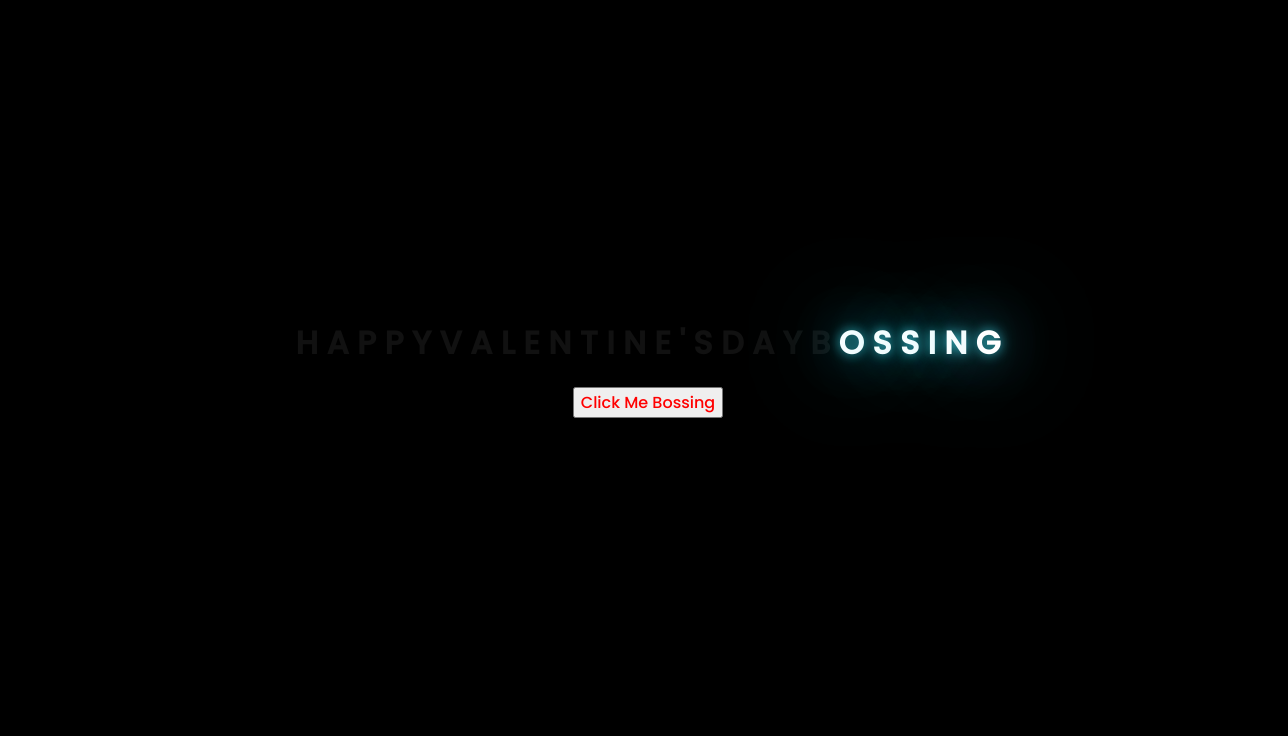
Repository: Iamfell/Valentines
Page: http://localhost/
The author's editor kept a copy of each file at every save. The page is drawn from the files as they stood at one save, then again after a run of saves.
The browser window is 1280 px wide. The page is 1288 px wide, so the pictures cover 1288 px, including what lies to the right of the window. The pictures show the whole page.
The page is run by PHP 8.4 with error messages shown; the project is at /var/www/html/.

Above is the page before, as saved 2026-02-12 18:11:40.

### index.php
<!DOCTYPE html>
<html lang="en">
<head>
    <meta charset="UTF-8">
    <meta http-equiv="X-UA-Compatible" content="IE=edge">
    <meta name="viewport" content="width=device-width, initial-scale=1.0">
    <link rel="stylesheet" href="css/style.css">
    <link rel="icon" href="img/flowers.png" type="image/x-icon">
    <title>Special Gift</title>
</head>
<body>
    <div class="greetings">
        <span>H</span>
        <span>A</span>
        <span>P</span>
        <span>P</span>
        <span>Y</span>
        <span> </span>
        <span> </span>
        <span> </span>
        <span>V</span>
        <span>A</span>
        <span>L</span>
        <span>E</span>
        <span>N</span>
        <span>T</span>
        <span>I</span>
        <span>N</span>
        <span>E</span>
        <span>'</span>
        <span>S</span>
        <span> </span>
        <span> </span>
        <span></span>
        <span>D</span>
        <span>A</span>
        <span>Y</span>
        <span> </span>
        <span> </span>
        <span> </span>
        <span>B</span>
        <span>O</span>
        <span>S</span>
        <span>S</span>
        <span>I</span>
        <span>N</span>
        <span>G</span>
    </div>
    <div class="description">
    </div>
    <div class="button">
        <button>
            <a href="flower.html">Click Me Bossing</a>
        </button>

    </div>
</body>
</html>

### css/style.css
@import url('https://fonts.googleapis.com/css2?family=Poppins:ital,wght@0,500;1,900&display=swap');
*{
    font-family: 'Poppins',cursive;
}
body{
    color: azure;
    width: 100%;
    height: 100vh;
    display: flex;
    flex-direction: column;
    align-items: center;
    justify-content: center;
    background-color: black;
}
.greetings{
    font-size: 2rem;
    font-weight: 600;
}
.greetings > span{
    animation: glow 0.5s ease-in-out infinite;
}
@keyframes glow{
    0%, 100%{
        color: #fff;
        text-shadow: 0 0 12px #39c6d6, 0 0 50px #39c6d6, 0 0 100px #39c6d6;
    }
    10%, 90%{
        color: #111;
        text-shadow: none;
    }
}
.greetings > span:nth-child(1){
    animation-delay: .7s ;
}
.greetings > span:nth-child(2){
    animation-delay: .7s ;
}
.greetings > span:nth-child(3){
    animation-delay: .7s ;
}
.greetings > span:nth-child(4){
    animation-delay: .7s;
}
.greetings > span:nth-child(5){
    animation-delay: .7s;
}
.greetings > span:nth-child(6){
    animation-delay: .7s ;
}
.greetings > span:nth-child(7){
    animation-delay: .7s ;
}
.greetings > span:nth-child(8){
    animation-delay: .7s ;
}
.greetings > span:nth-child(9){
    animation-delay: .7s ;
}
.greetings > span:nth-child(10){
    animation-delay: .7s ;
}
.greetings > span:nth-child(11){
    animation-delay: .7s ;
}
.greetings > span:nth-child(12){
    animation-delay: .7s ;
}
.greetings > span:nth-child(13){
    animation-delay: .7s ;
}
.greetings > span:nth-child(14){
    animation-delay: .7s ;
}
.greetings > span:nth-child(15){
    animation-delay: .7s ;
}
.greetings > span:nth-child(16){
    animation-delay: .7s ;
}
.greetings > span:nth-child(17){
    animation-delay: .7s ;
}
.greetings > span:nth-child(18){
    animation-delay: .7s ;
}
.greetings > span:nth-child(19){
    animation-delay: .7s ;
}
.greetings > span:nth-child(20){
    animation-delay: .7s ;
}
.greetings > span:nth-child(21){
    animation-delay: .7s ;
}
.greetings > span:nth-child(22){
    animation-delay: .7s ;
}
.greetings > span:nth-child(23){
    animation-delay: .7s ;
}
.greetings > span:nth-child(24){
    animation-delay: .7s ;
}
.greetings > span:nth-child(25){
    animation-delay: .7s ;
}
.greetings > span:nth-child(26){
    animation-delay: .7s ;
}
.greetings > span:nth-child(27){
    animation-delay: .7s ;
}
.greetings > span:nth-child(28){
    animation-delay: .7s ;
}
.greetings > span:nth-child(29){
    animation-delay: .7s ;
}
.description{
    font-size: 1rem;
    margin-bottom: 20px;
}

.button a{
    text-decoration: none;
    font-size: 1rem;
    color: red;
}

@media screen and (max-width:574px){
    .greetings{
        display: block;
        font-size: 1.8rem;
        font-weight: 600;
        text-align: center;
    }
    .description{
        font-size: 5px;
    }

    .button a{
        font-size: 10px;
    }
    .button {
      margin: 5px 4px 6px 5px;
    }
}

After the next 2 saves:
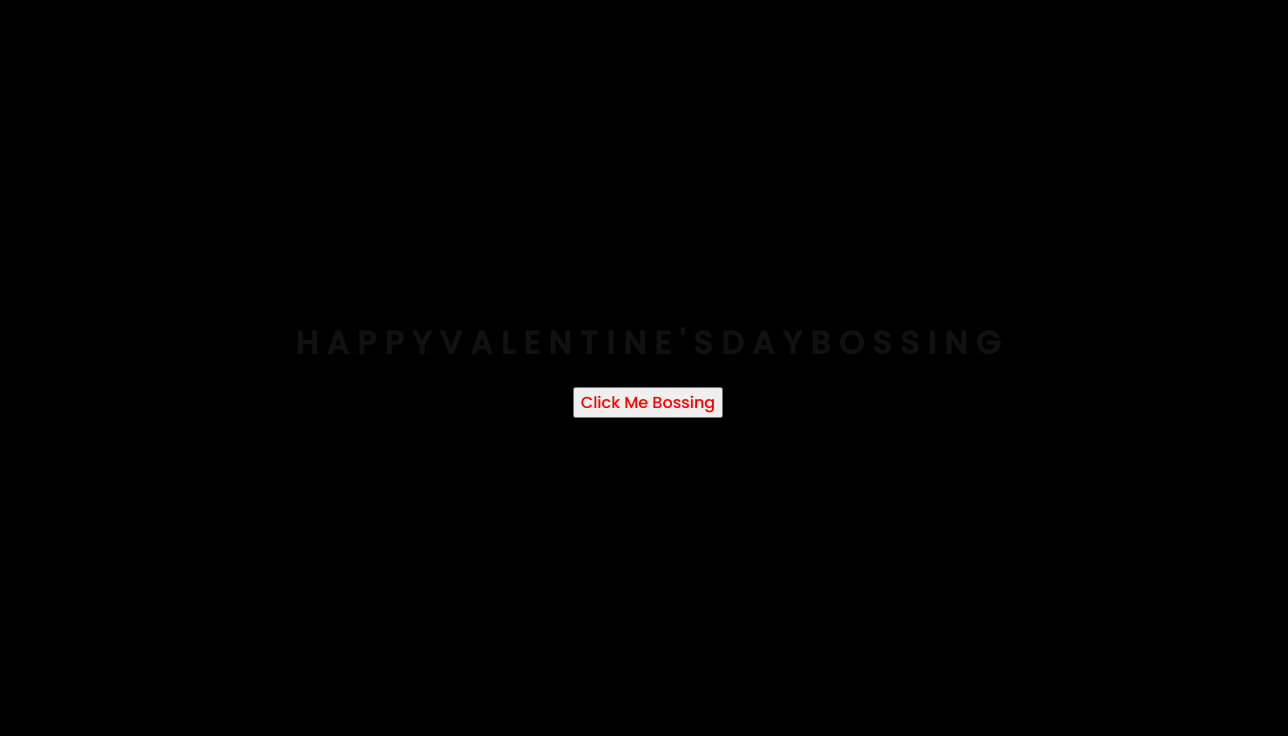
The 2 saves are shown as one change because they came seconds apart.
The last was saved 16 s later.
--- a/index.php
+++ b/index.php
@@ -16,8 +16,6 @@
         <span>P</span>
         <span>Y</span>
         <span> </span>
-        <span> </span>
-        <span> </span>
         <span>V</span>
         <span>A</span>
         <span>L</span>
@@ -29,14 +27,10 @@
         <span>E</span>
         <span>'</span>
         <span>S</span>
-        <span> </span>
-        <span> </span>
         <span></span>
         <span>D</span>
         <span>A</span>
         <span>Y</span>
-        <span> </span>
-        <span> </span>
         <span> </span>
         <span>B</span>
         <span>O</span>
